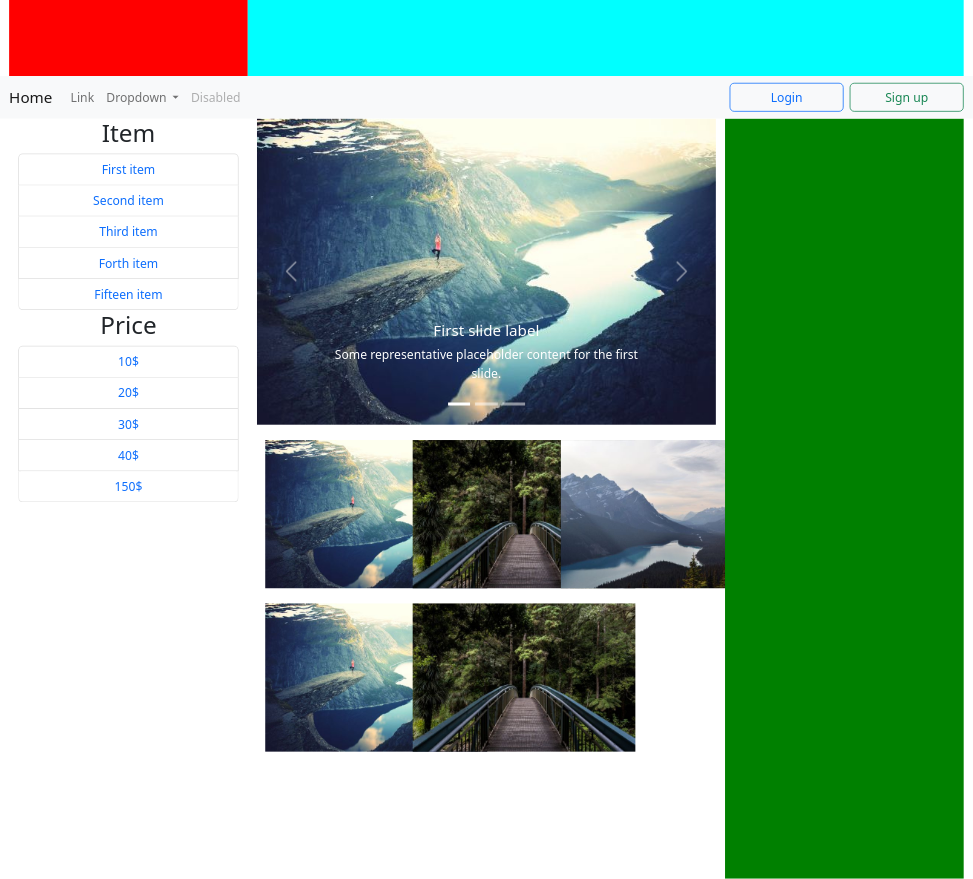
Repository: nguyenhung50497/MD2_bootstrap
Page: BT_giaoDienWeb/index.html
An editor plug-in stored every save of this project. The page is shown before and after a run of saves, followed by the edit.
The browser window is 1280 px wide. The pictures show the whole page, at 76% of full size.

Above is the page before, as saved 2022-11-30 14:16:40.

### BT_giaoDienWeb/index.html
<!DOCTYPE html>
<html lang="en">
<head>
    <meta charset="UTF-8">
    <meta http-equiv="X-UA-Compatible" content="IE=edge">
    <meta name="viewport" content="width=device-width, initial-scale=1.0">
    <link href="https://cdn.jsdelivr.net/npm/bootstrap@5.2.3/dist/css/bootstrap.min.css" rel="stylesheet" integrity="sha384-rbsA2VBKQhggwzxH7pPCaAqO46MgnOM80zW1RWuH61DGLwZJEdK2Kadq2F9CUG65" crossorigin="anonymous">
    <script src="https://cdn.jsdelivr.net/npm/bootstrap@5.2.3/dist/js/bootstrap.bundle.min.js" integrity="sha384-kenU1KFdBIe4zVF0s0G1M5b4hcpxyD9F7jL+jjXkk+Q2h455rYXK/7HAuoJl+0I4" crossorigin="anonymous"></script>
    <title>Document</title>
</head>
<style>
    .logo {
        background-color: red;
        height: 100px;
    }
    .anhBia {
        background-color: aqua;
        height: 100px;
    }
    .right {
        background-color: green;
        height: 1000px;
    }
    a {
        text-decoration: none;
    }
    .contentImg {
        padding: 10px;
        margin-left: -55px;
    }
    .contentImg > div > img {
        margin: 10px 10px;
        height: 195px;
    }
</style>
<body>
<center>
    <div>
    <header class="container-fluid row">
        <div class="col-lg-3 logo">
            <img src="" alt="">
        </div>
        <div class="col-lg-9 anhBia">
            <img src="" alt="">
        </div>
    </header>
    <nav class="navbar navbar-expand-lg bg-light">
        <div class="container-fluid">
          <a class="navbar-brand" href="#">Home</a>
          <button class="navbar-toggler" type="button" data-bs-toggle="collapse" data-bs-target="#navbarSupportedContent" aria-controls="navbarSupportedContent" aria-expanded="false" aria-label="Toggle navigation">
            <span class="navbar-toggler-icon"></span>
          </button>
          <div class="collapse navbar-collapse" id="navbarSupportedContent">
            <ul class="navbar-nav me-auto mb-2 mb-lg-0">
              <li class="nav-item">
                <a class="nav-link" href="#">Link</a>
              </li>
              <li class="nav-item dropdown">
                <a class="nav-link dropdown-toggle" href="#" role="button" data-bs-toggle="dropdown" aria-expanded="false">
                  Dropdown
                </a>
                <ul class="dropdown-menu">
                  <li><a class="dropdown-item" href="#">Action</a></li>
                  <li><a class="dropdown-item" href="#">Another action</a></li>
                  <li><hr class="dropdown-divider"></li>
                  <li><a class="dropdown-item" href="#">Something else here</a></li>
                </ul>
              </li>
              <li class="nav-item">
                <a class="nav-link disabled">Disabled</a>
              </li>
            </ul>
            <form class="d-flex" role="search">
              <button class="form-control me-2 btn btn-outline-primary" style="width: 150px;">Login</button>
              <button class="btn btn-outline-success" type="submit" style="width: 150px;">Sign up</button>
            </form>
          </div>
        </div>
      </nav>
    <div class="container-fluid row">
        <aside class="col-lg-3 left">
            <h2>Item</h2>
            <ul class="list-group">
                <li class="list-group-item"><a href="">First item</a></li>
                <li class="list-group-item"><a href="">Second item</a></li>
                <li class="list-group-item"><a href="">Third item</a></li>
                <li class="list-group-item"><a href="">Forth item</a></li>
                <li class="list-group-item"><a href="">Fifteen item</a></li>
            </ul>
            <h2>Price</h2>
            <ul class="list-group">
                <li class="list-group-item"><a href="">10$</a></li>
                <li class="list-group-item"><a href="">20$</a></li>
                <li class="list-group-item"><a href="">30$</a></li>
                <li class="list-group-item"><a href="">40$</a></li>
                <li class="list-group-item"><a href="">150$</a></li>
            </ul>
        </aside>
        <section class="col-lg-6 content">
            <div id="carouselExampleCaptions" class="carousel slide" data-bs-ride="false">
                <div class="carousel-indicators">
                  <button type="button" data-bs-target="#carouselExampleCaptions" data-bs-slide-to="0" class="active" aria-current="true" aria-label="Slide 1"></button>
                  <button type="button" data-bs-target="#carouselExampleCaptions" data-bs-slide-to="1" aria-label="Slide 2"></button>
                  <button type="button" data-bs-target="#carouselExampleCaptions" data-bs-slide-to="2" aria-label="Slide 3"></button>
                </div>
                <div class="carousel-inner">
                  <div class="carousel-item active">
                    <img src="anh1.jpg" class="d-block w-100" alt="Anh 1">
                    <div class="carousel-caption d-none d-md-block">
                      <h5>First slide label</h5>
                      <p>Some representative placeholder content for the first slide.</p>
                    </div>
                  </div>
                  <div class="carousel-item">
                    <img src="anh2.jpg" class="d-block w-100" alt="Anh 2">
                    <div class="carousel-caption d-none d-md-block">
                      <h5>Second slide label</h5>
                      <p>Some representative placeholder content for the second slide.</p>
                    </div>
                  </div>
                  <div class="carousel-item">
                    <img src="anh3.jpg" class="d-block w-100" alt="Anh 3">
                    <div class="carousel-caption d-none d-md-block">
                      <h5>Third slide label</h5>
                      <p>Some representative placeholder content for the third slide.</p>
                    </div>
                  </div>
                </div>
                <button class="carousel-control-prev" type="button" data-bs-target="#carouselExampleCaptions" data-bs-slide="prev">
                  <span class="carousel-control-prev-icon" aria-hidden="true"></span>
                  <span class="visually-hidden">Previous</span>
                </button>
                <button class="carousel-control-next" type="button" data-bs-target="#carouselExampleCaptions" data-bs-slide="next">
                  <span class="carousel-control-next-icon" aria-hidden="true"></span>
                  <span class="visually-hidden">Next</span>
                </button>
            </div>
            <div class="container-fluid row contentImg">
                <div class="col-lg-4"><img src="anh1.jpg" alt=""></div>
                <div class="col-lg-4"><img src="anh2.jpg" alt=""></div>
                <div class="col-lg-4"><img src="anh3.jpg" alt=""></div>
                <div class="col-lg-4"><img src="anh1.jpg" alt=""></div>
                <div class="col-lg-4"><img src="anh2.jpg" alt=""></div>
            </div>
        </section>
        <aside class="col-lg-3 right"></aside>
    </div>
    <footer></footer>
    </div>
</center>
</body>
</html>

After the next 2 saves:
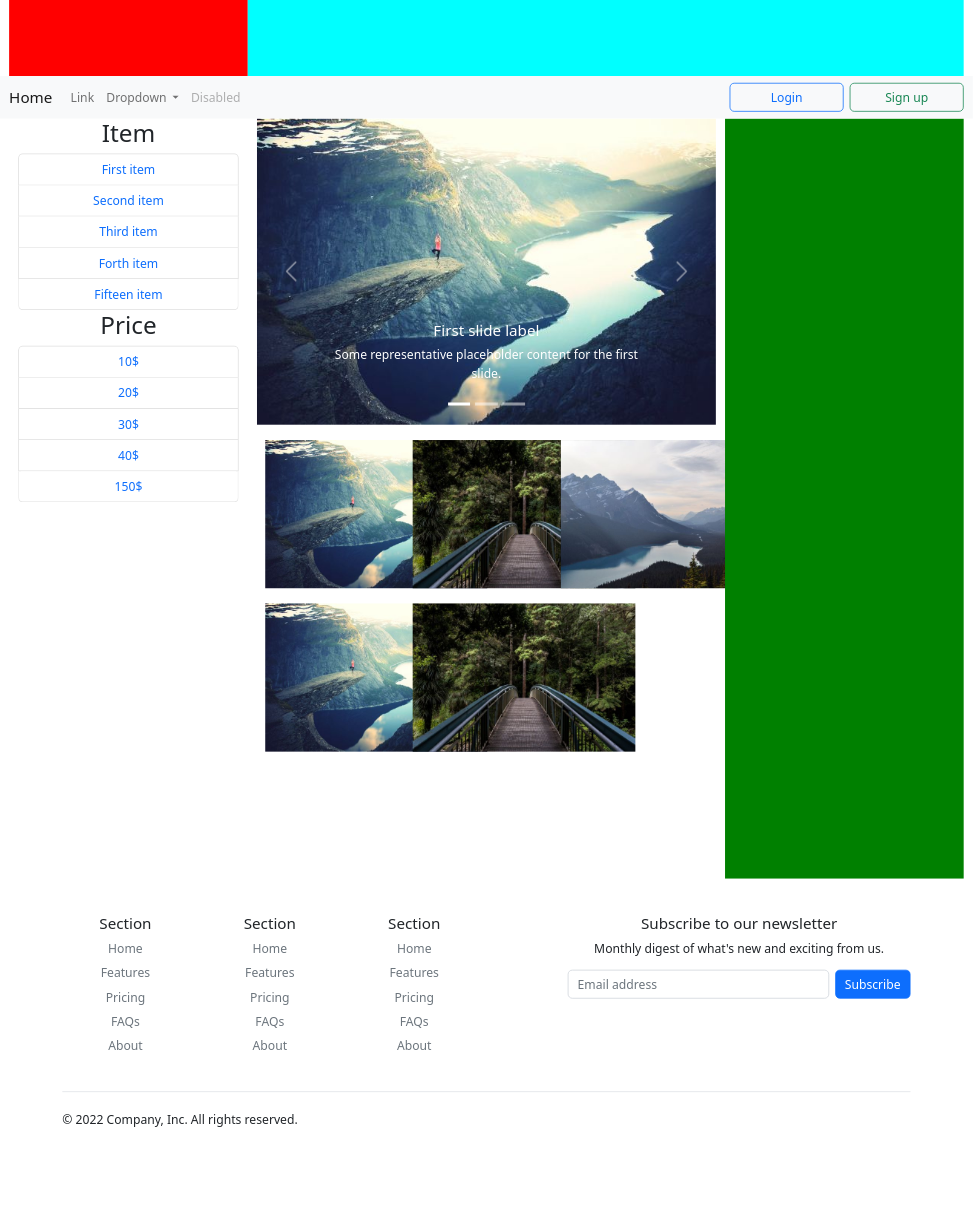
The 2 saves are shown as one change because they came seconds apart.
The last was saved 88 s later.
--- a/BT_giaoDienWeb/index.html
+++ b/BT_giaoDienWeb/index.html
@@ -145,7 +145,67 @@
         </section>
         <aside class="col-lg-3 right"></aside>
     </div>
-    <footer></footer>
+    <footer>
+        <div class="container">
+            <footer class="py-5">
+              <div class="row">
+                <div class="col-6 col-md-2 mb-3">
+                  <h5>Section</h5>
+                  <ul class="nav flex-column">
+                    <li class="nav-item mb-2"><a href="#" class="nav-link p-0 text-muted">Home</a></li>
+                    <li class="nav-item mb-2"><a href="#" class="nav-link p-0 text-muted">Features</a></li>
+                    <li class="nav-item mb-2"><a href="#" class="nav-link p-0 text-muted">Pricing</a></li>
+                    <li class="nav-item mb-2"><a href="#" class="nav-link p-0 text-muted">FAQs</a></li>
+                    <li class="nav-item mb-2"><a href="#" class="nav-link p-0 text-muted">About</a></li>
+                  </ul>
+                </div>
+
+                <div class="col-6 col-md-2 mb-3">
+                  <h5>Section</h5>
+                  <ul class="nav flex-column">
+                    <li class="nav-item mb-2"><a href="#" class="nav-link p-0 text-muted">Home</a></li>
+                    <li class="nav-item mb-2"><a href="#" class="nav-link p-0 text-muted">Features</a></li>
+                    <li class="nav-item mb-2"><a href="#" class="nav-link p-0 text-muted">Pricing</a></li>
+                    <li class="nav-item mb-2"><a href="#" class="nav-link p-0 text-muted">FAQs</a></li>
+                    <li class="nav-item mb-2"><a href="#" class="nav-link p-0 text-muted">About</a></li>
+                  </ul>
+                </div>
+
+                <div class="col-6 col-md-2 mb-3">
+                  <h5>Section</h5>
+                  <ul class="nav flex-column">
+                    <li class="nav-item mb-2"><a href="#" class="nav-link p-0 text-muted">Home</a></li>
+                    <li class="nav-item mb-2"><a href="#" class="nav-link p-0 text-muted">Features</a></li>
+                    <li class="nav-item mb-2"><a href="#" class="nav-link p-0 text-muted">Pricing</a></li>
+                    <li class="nav-item mb-2"><a href="#" class="nav-link p-0 text-muted">FAQs</a></li>
+                    <li class="nav-item mb-2"><a href="#" class="nav-link p-0 text-muted">About</a></li>
+                  </ul>
+                </div>
+
+                <div class="col-md-5 offset-md-1 mb-3">
+                  <form>
+                    <h5>Subscribe to our newsletter</h5>
+                    <p>Monthly digest of what's new and exciting from us.</p>
+                    <div class="d-flex flex-column flex-sm-row w-100 gap-2">
+                      <label for="newsletter1" class="visually-hidden">Email address</label>
+                      <input id="newsletter1" type="text" class="form-control" placeholder="Email address">
+                      <button class="btn btn-primary" type="button">Subscribe</button>
+                    </div>
+                  </form>
+                </div>
+              </div>
+
+              <div class="d-flex flex-column flex-sm-row justify-content-between py-4 my-4 border-top">
+                <p>&copy; 2022 Company, Inc. All rights reserved.</p>
+                <ul class="list-unstyled d-flex">
+                  <li class="ms-3"><a class="link-dark" href="#"><svg class="bi" width="24" height="24"><use xlink:href="#twitter"/></svg></a></li>
+                  <li class="ms-3"><a class="link-dark" href="#"><svg class="bi" width="24" height="24"><use xlink:href="#instagram"/></svg></a></li>
+                  <li class="ms-3"><a class="link-dark" href="#"><svg class="bi" width="24" height="24"><use xlink:href="#facebook"/></svg></a></li>
+                </ul>
+              </div>
+            </footer>
+          </div>
+    </footer>
     </div>
 </center>
 </body>

After the 3 saves that followed:
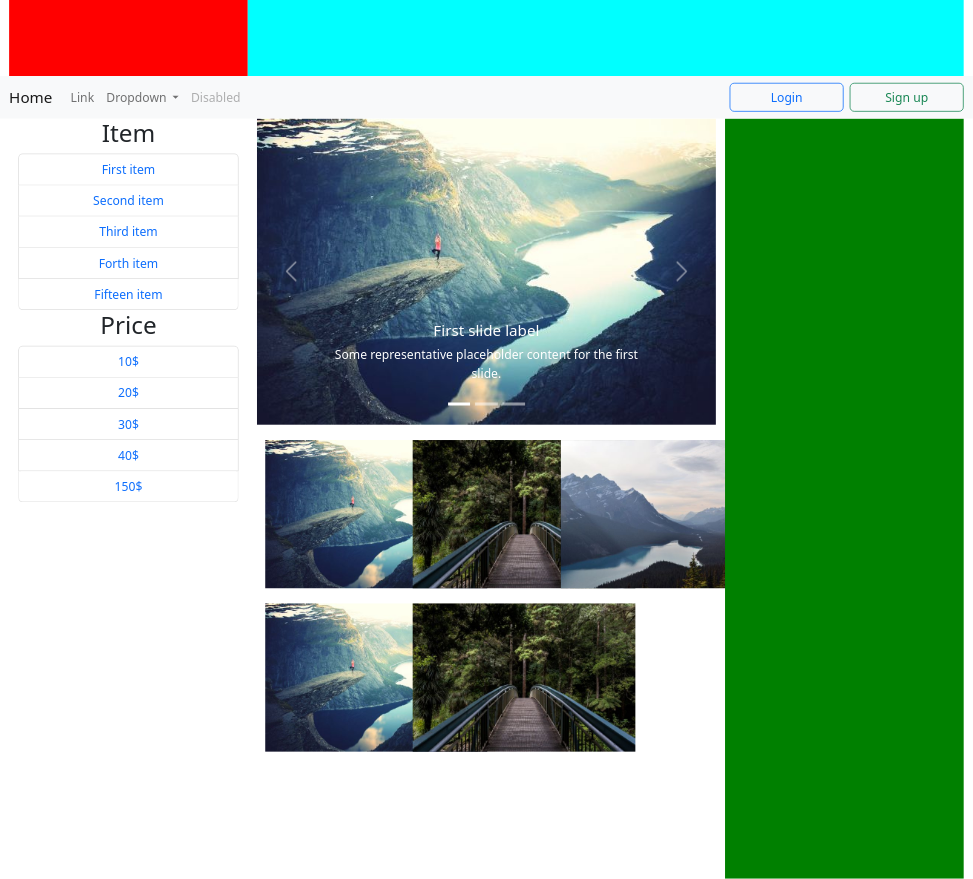
The 3 saves are shown as one change because 1 left the picture as it was and some came seconds apart.
The last was saved 23 s later.
--- a/BT_giaoDienWeb/index.html
+++ b/BT_giaoDienWeb/index.html
@@ -146,65 +146,7 @@
         <aside class="col-lg-3 right"></aside>
     </div>
     <footer>
-        <div class="container">
-            <footer class="py-5">
-              <div class="row">
-                <div class="col-6 col-md-2 mb-3">
-                  <h5>Section</h5>
-                  <ul class="nav flex-column">
-                    <li class="nav-item mb-2"><a href="#" class="nav-link p-0 text-muted">Home</a></li>
-                    <li class="nav-item mb-2"><a href="#" class="nav-link p-0 text-muted">Features</a></li>
-                    <li class="nav-item mb-2"><a href="#" class="nav-link p-0 text-muted">Pricing</a></li>
-                    <li class="nav-item mb-2"><a href="#" class="nav-link p-0 text-muted">FAQs</a></li>
-                    <li class="nav-item mb-2"><a href="#" class="nav-link p-0 text-muted">About</a></li>
-                  </ul>
-                </div>
 
-                <div class="col-6 col-md-2 mb-3">
-                  <h5>Section</h5>
-                  <ul class="nav flex-column">
-                    <li class="nav-item mb-2"><a href="#" class="nav-link p-0 text-muted">Home</a></li>
-                    <li class="nav-item mb-2"><a href="#" class="nav-link p-0 text-muted">Features</a></li>
-                    <li class="nav-item mb-2"><a href="#" class="nav-link p-0 text-muted">Pricing</a></li>
-                    <li class="nav-item mb-2"><a href="#" class="nav-link p-0 text-muted">FAQs</a></li>
-                    <li class="nav-item mb-2"><a href="#" class="nav-link p-0 text-muted">About</a></li>
-                  </ul>
-                </div>
-
-                <div class="col-6 col-md-2 mb-3">
-                  <h5>Section</h5>
-                  <ul class="nav flex-column">
-                    <li class="nav-item mb-2"><a href="#" class="nav-link p-0 text-muted">Home</a></li>
-                    <li class="nav-item mb-2"><a href="#" class="nav-link p-0 text-muted">Features</a></li>
-                    <li class="nav-item mb-2"><a href="#" class="nav-link p-0 text-muted">Pricing</a></li>
-                    <li class="nav-item mb-2"><a href="#" class="nav-link p-0 text-muted">FAQs</a></li>
-                    <li class="nav-item mb-2"><a href="#" class="nav-link p-0 text-muted">About</a></li>
-                  </ul>
-                </div>
-
-                <div class="col-md-5 offset-md-1 mb-3">
-                  <form>
-                    <h5>Subscribe to our newsletter</h5>
-                    <p>Monthly digest of what's new and exciting from us.</p>
-                    <div class="d-flex flex-column flex-sm-row w-100 gap-2">
-                      <label for="newsletter1" class="visually-hidden">Email address</label>
-                      <input id="newsletter1" type="text" class="form-control" placeholder="Email address">
-                      <button class="btn btn-primary" type="button">Subscribe</button>
-                    </div>
-                  </form>
-                </div>
-              </div>
-
-              <div class="d-flex flex-column flex-sm-row justify-content-between py-4 my-4 border-top">
-                <p>&copy; 2022 Company, Inc. All rights reserved.</p>
-                <ul class="list-unstyled d-flex">
-                  <li class="ms-3"><a class="link-dark" href="#"><svg class="bi" width="24" height="24"><use xlink:href="#twitter"/></svg></a></li>
-                  <li class="ms-3"><a class="link-dark" href="#"><svg class="bi" width="24" height="24"><use xlink:href="#instagram"/></svg></a></li>
-                  <li class="ms-3"><a class="link-dark" href="#"><svg class="bi" width="24" height="24"><use xlink:href="#facebook"/></svg></a></li>
-                </ul>
-              </div>
-            </footer>
-          </div>
     </footer>
     </div>
 </center>
